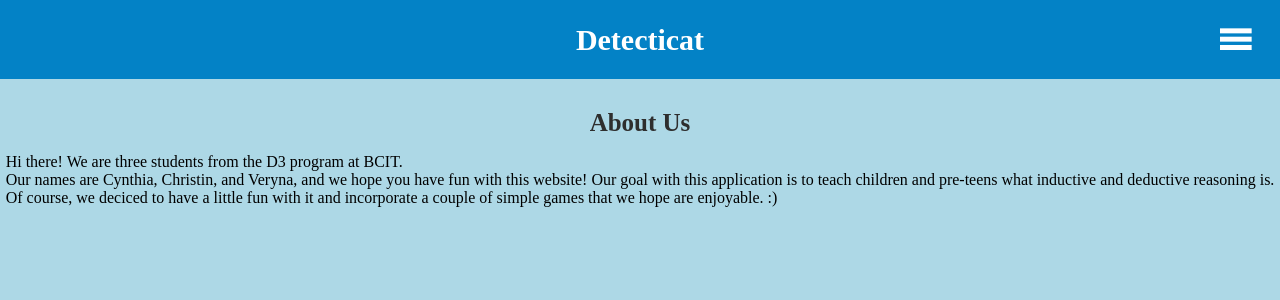
Repository: cynthiahcheng/Detecticat
Page: about page/about-us.html
The author's editor kept a copy of each file at every save. The page is drawn from the files as they stood at one save, then again after the next save.
The browser window is 1280 px wide. The pictures show the whole page.

Above is the page before, as saved 2020-03-14 21:45:29.

### about page/about-us.html
<!DOCTYPE html>
<html lang="en">

<head>
    <meta charset="UTF-8">
    <meta name="viewport" content="width=device-width, initial-scale=1.0">
    <link href="https://fonts.googleapis.com/icon?family=Material+Icons" rel="stylesheet">
    <link rel="stylesheet" href="about-us.css" type="text/css" />
    <title>Detecticat</title>
</head>

<body>
    <div class="header">
        <div class="header_title">Detecticat</div>
        <i class="material-icons" onclick="menuOpen()">menu</i>
    </div>

    <div class="nav">
        <div class="nav_close" onclick="menuClose()">
            <img class="close" src="../svg/close.svg">
        </div>
        <div class="nav_sub">
            <div class="nav_items">Home</div>
            <div class="nav_items">About</div>
            <div class="nav_items">Game</div>
            <div class="nav_items">Contact Us</div>
        </div>
    </div>

    <div id="app">
        <div class="info">
            <div class="subhead">About Us</div>
            <div id="description">
                <P> Hi there! We are three students from the D3 program at BCIT. <br>
                    Our names are Cynthia, Christin, and Veryna, and we hope you have fun with this website!
                    Our goal with this application is to teach children and pre-teens what inductive and deductive reasoning is. <br>
                Of course, we deciced to have a little fun with it and incorporate a couple of simple games that we hope are enjoyable. :)
             </P>
            </div>



        </div>

        <script src="about-us.js"></script>
</body>

</html>

### about page/about-us.css

body, html {
    margin:0;
    padding:0;
    background-color:lightblue;
}

.header {
    display:flex;
    justify-content: center;
    align-items: center;
    background-color: #0382C6;
    height:11vh;
}

.header_title {
    font-size:30px;
    font-family:Futura;
    font-weight:bold;
    color:white;
    position: relative;
    align-items: center;
}

.material-icons {
    font-weight:bold;
    font-size:40px;
    color:white;
    position: absolute;
    padding:10px;
    right:15px;
    cursor:pointer;
}

.nav {
    position:absolute;
    right:0;
    opacity:0;
    background-color: #0382C6;
    transition: opacity 0.1s;
}

.nav_close {
    border: 2.5px solid #073F9A;
    border-radius: 7px;
    position:absolute;
    right: 25px;
    width:20px;
    height:20px;
    padding:3px;
    cursor:pointer;
}

.nav_close_btn {
    width:23px;
    height:23px;
    margin-top:3.5px;
    margin-left:3.5px;
}

.nav_sub {
    font-size:20px;
    font-family:futura;
    font-weight:600;
    line-height:1.5;
    color:white;
    margin-top:40px;
    padding:15px 50px 15px 18px;
    cursor:pointer;
}

/* #app {
    background-color:lightblue;
} */
.info {
    display:flex;
    flex-direction:column;
    align-items: center;
}

.subhead {
    font-size:25px;
    font-family:futura;
    color:rgb(46, 46, 46);
    font-weight:600;
    padding-top:30px;
}

.description {
    font-size:20px;
    font-family:futura;
    padding-top:30px;
    line-height: 1.2;
}

### about page/about-us.js
var close_State = true;

function menuOpen(){
    document.querySelector(".nav").style.opacity = 100;
}

function menuClose(){
    document.querySelector(".nav").style.opacity = 0;
}

After the next save:
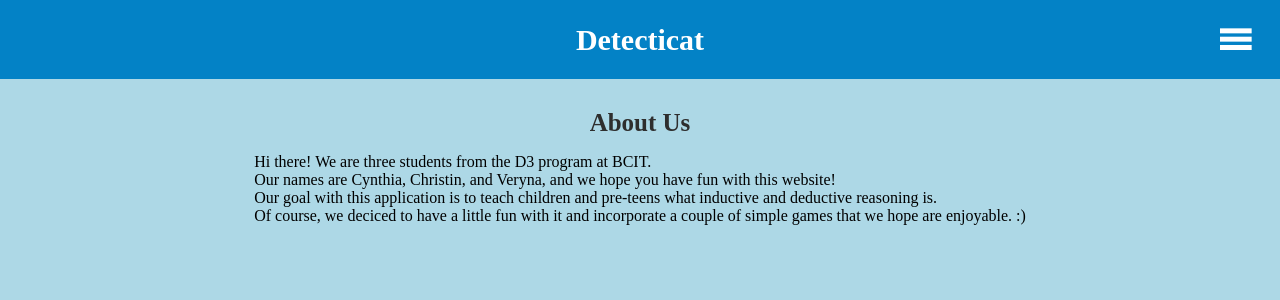
Saved 4 s later.
--- a/about page/about-us.html
+++ b/about page/about-us.html
@@ -32,7 +32,7 @@
             <div class="subhead">About Us</div>
             <div id="description">
                 <P> Hi there! We are three students from the D3 program at BCIT. <br>
-                    Our names are Cynthia, Christin, and Veryna, and we hope you have fun with this website!
+                    Our names are Cynthia, Christin, and Veryna, and we hope you have fun with this website! <br>
                     Our goal with this application is to teach children and pre-teens what inductive and deductive reasoning is. <br>
                 Of course, we deciced to have a little fun with it and incorporate a couple of simple games that we hope are enjoyable. :)
              </P>
